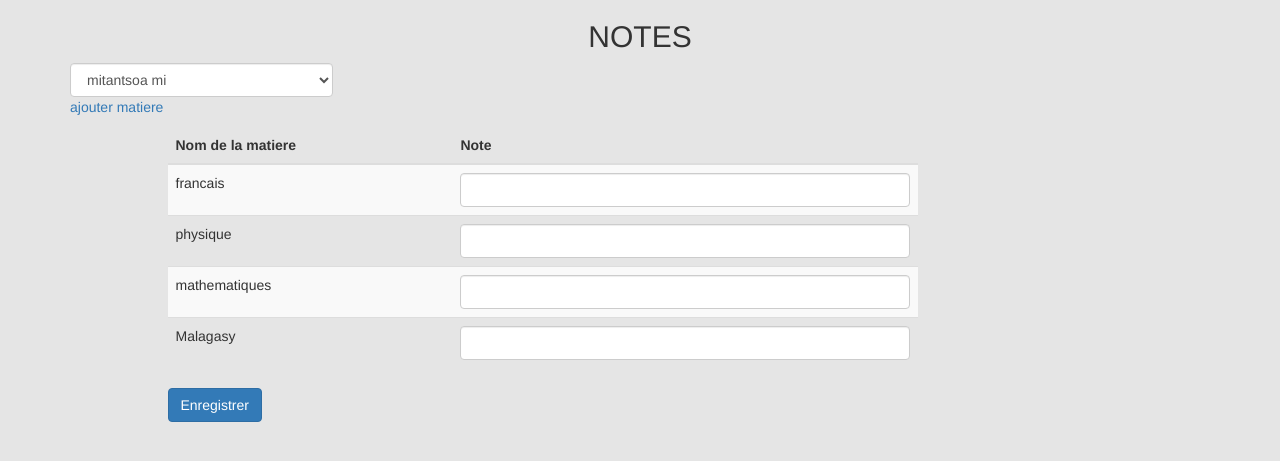
Repository: mitantsoa1/CRUD-note
Page: http://localhost/note
The author's editor kept a copy of each file at every save. The page is drawn from the files as they stood at one save, then again after the next save.
The browser window is 1280 px wide. The pictures show the whole page.
The page is run by PHP 8.4 with error messages shown; the project is at /var/www/html/. The database holds what the project's SQL file puts in it.

Above is the page before, as saved 2021-02-12 07:45:20.
Console error: SyntaxError: Unexpected token '<'

After the next save:
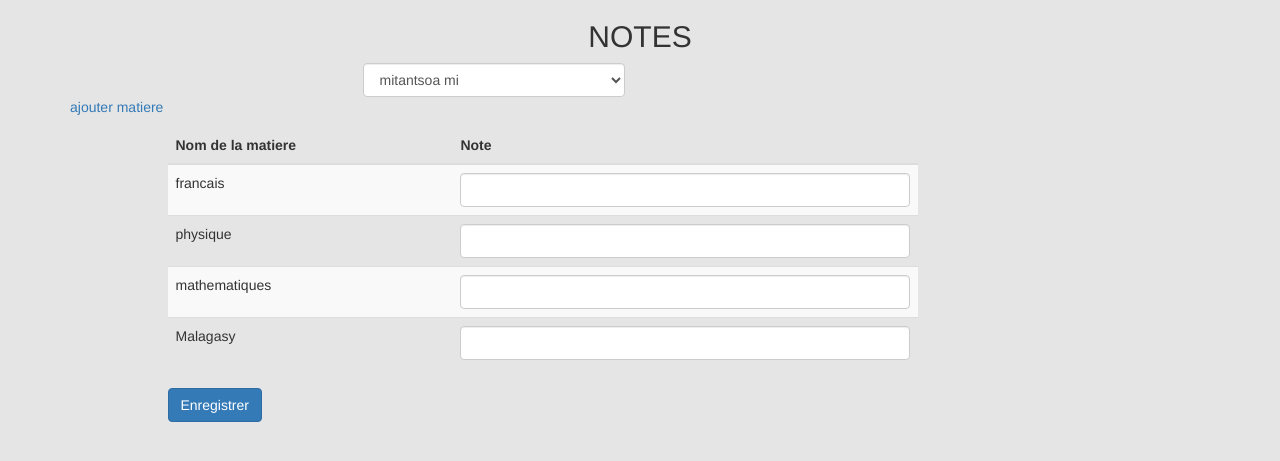
Saved 22 s later.
--- a/Views/note.php
+++ b/Views/note.php
@@ -19,7 +19,7 @@ Controllers::includeCSS(["all","bootstrap.min","sweetalert2.min","style","util"]
                 $db = new Database();
                 $tab = $db->select("etudiant")
                             ->execute(null);
-                echo "<div class='col-sm-3'> <select id='select_etudiant_note' class='form-control'>";
+                echo "<div class='col-sm-3 col-sm-offset-3'> <select id='select_etudiant_note' class='form-control'>";
 
                     for($i=0;$i<count($tab);$i++){
                         echo"
